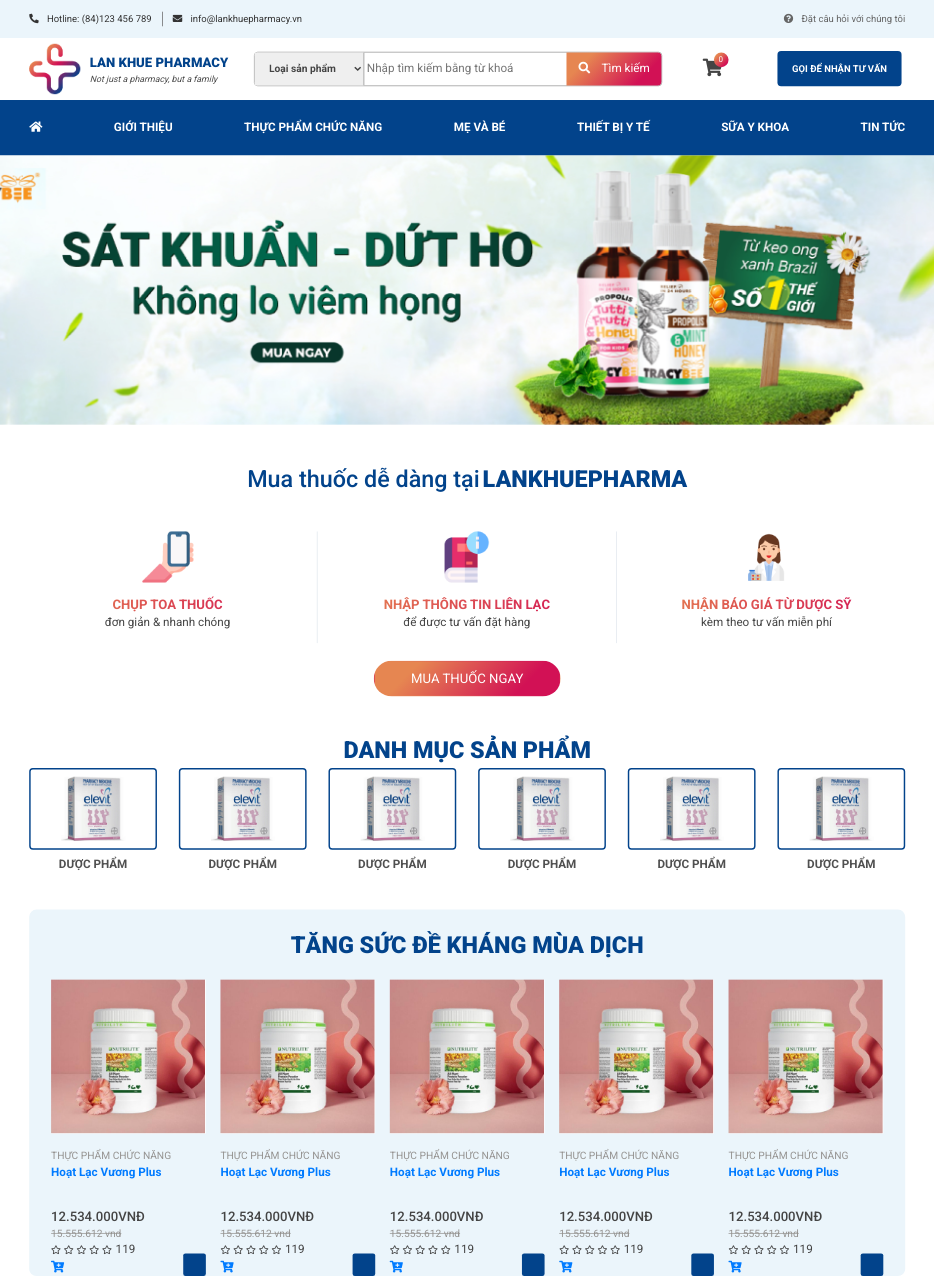
Repository: haianh12082001/Lan-khue
Page: index.html
An editor plug-in stored every save of this project. The page is shown before and after the next save, followed by the edit.
The browser window is 1280 px wide. The pictures show the whole page, at 73% of full size.
Some web libraries are served in a nearby version. The style sheet was rebuilt from its Sass, Less or Tailwind sources for each picture, by a compiler version that may differ from the author's.

Above is the page before, as saved 2021-12-18 15:56:29.

### index.html
<!DOCTYPE html>
<html lang="en">
    <head>
        <meta charset="UTF-8" />
        <meta http-equiv="X-UA-Compatible" content="IE=edge" />
        <meta name="viewport" content="width=device-width, initial-scale=1.0" />
        <title>Document</title>
        <link href="https://fonts.googleapis.com/css2?family=Roboto:wght@400;500;700;900&display=swap" rel="stylesheet" />
        <link rel="stylesheet" href="./assets/fonts/fontawesome-free-5.15.3/css/all.min.css" />
        <link
            rel="stylesheet"
            href="https://cdn.jsdelivr.net/npm/bootstrap@4.6.0/dist/css/bootstrap.min.css"
            integrity="sha384-B0vP5xmATw1+K9KRQjQERJvTumQW0nPEzvF6L/Z6nronJ3oUOFUFpCjEUQouq2+l"
            crossorigin="anonymous"
        />
        <link rel="stylesheet" type="text/css" href="https://cdn.jsdelivr.net/npm/slick-carousel@1.8.1/slick/slick.css" />
        <link rel="stylesheet" href="./assets/css/app.css" />
    </head>
    <body>
        <div class="top-header">
            <div class="container">
                <div class="py-3 d-flex justify-content-between align-items-center">
                    <div class="info d-flex">
                        <div class="top-header-hotline">
                            <i class="fas fa-phone-alt"></i>
                            Hotline: (84)123 456 789
                        </div>
                        <div class="top-header-email">
                            <i class="fas fa-envelope"></i>
                            info@lankhuepharmacy.vn
                        </div>
                    </div>
                    <div class="question">
                        <a href="">
                            <i class="fas fa-question-circle"></i>
                            Đặt câu hỏi với chúng tôi
                        </a>
                    </div>
                </div>
            </div>
        </div>
        <header class="header">
            <div class="header-searchbar py-2">
                <div class="container">
                    <div class="row align-items-center">
                        <div class="col-lg-3 col-3">
                            <div class="header-logo">
                                <a href="" class="d-flex flex-shrink-0">
                                    <img src="./assets/img/logo.png" alt="" />
                                    <div class="body">
                                        <div class="name">LAN KHUE PHARMACY</div>
                                        <div class="slogan">Not just a pharmacy, but a family</div>
                                    </div>
                                </a>
                            </div>
                        </div>
                        <div class="col-lg-6 col-3">
                            <div class="input-group">
                                <form action="" class="header-search">
                                    <select name="CatId" id="catalog">
                                        <option value="">Loại sản phẩm</option>
                                        <option value="">Danh mục thuốc</option>
                                        <option value="">Thực Phẩm Chức Năng</option>
                                        <option value="">Mẹ Và Bé</option>
                                        <option value="">Thiết Bị Y Tế</option>
                                        <option value="">Sữa y khoa</option>
                                        <option value="">Các sản phẩm khác</option>
                                    </select>
                                    <input type="text" placeholder="Nhập tìm kiếm bằng từ khoá" />

                                    <button type="submit">
                                        <i class="fas fa-search"></i>
                                        Tìm kiếm
                                    </button>
                                </form>
                            </div>
                        </div>
                        <div class="col-lg-1 col-3 d-flex align-items-center">
                            <div class="header-cart position-relative">
                                <i class="fas fa-shopping-cart"></i>
                                <span id="itemshop">0</span>
                            </div>
                        </div>
                        <div class="col-lg-2 col-3 d-none d-lg-block">
                            <a href="" class="header-btn"> Gọi để nhận tư vấn </a>
                        </div>
                    </div>
                </div>
            </div>
            <div class="header-menu">
                <div class="container">
                    <ul class="menu-list">
                        <li class="menu-item">
                            <a href=""><i class="fas fa-home"></i></a>
                        </li>
                        <li class="menu-item">
                            <a href="">Giới thiệu</a>
                        </li>
                        <li class="menu-item">
                            <a href="">Thực phẩm chức năng</a>
                        </li>
                        <li class="menu-item">
                            <a href="">Mẹ và bé</a>
                        </li>
                        <li class="menu-item">
                            <a href="">Thiết bị y tế</a>
                        </li>
                        <li class="menu-item">
                            <a href="">Sữa y khoa</a>
                        </li>
                        <li class="menu-item">
                            <a href="">Tin tức</a>
                        </li>
                    </ul>
                </div>
            </div>
        </header>
        <section class="banner">
            <img src="./assets/img/banner.jpg" alt="" />
        </section>
        <!-- Mua thuốc dễ dàng tại lankhuepharma -->
        <section class="section-buy-medicine">
            <div class="container">
                <div class="text-center">
                    <span class="title-sub">Mua thuốc dễ dàng tại</span>
                    <span class="section-title">lankhuepharma</span>
                </div>
                <div class="row pt-lg-5">
                    <div class="col-lg-4 item">
                        <div class="text-center">
                            <img src="./assets/img/buy-medicine/selfie 1.png" alt="" />
                            <div class="body p-3">
                                <div class="name">Chụp toa thuốc</div>
                                <div class="des">đơn giản & nhanh chóng</div>
                            </div>
                        </div>
                    </div>
                    <div class="col-lg-4 item">
                        <div class="text-center">
                            <img src="./assets/img/buy-medicine/Group 375.png" alt="" />
                            <div class="body p-3">
                                <div class="name">nhập thông tin liên lạc</div>
                                <div class="des">để được tư vấn đặt hàng</div>
                            </div>
                        </div>
                    </div>
                    <div class="col-lg-4 item">
                        <div class="text-center">
                            <img src="./assets/img/buy-medicine/pharmacist 1.png" alt="" />
                            <div class="body p-3">
                                <div class="name">nhận báo giá từ dược sỹ</div>
                                <div class="des">kèm theo tư vấn miễn phí</div>
                            </div>
                        </div>
                    </div>
                </div>
                <div class="text-center pt-lg-4">
                    <a href="" class="btn">Mua thuốc ngay</a>
                </div>
            </div>
        </section>
        <!-- Danh mục sản phẩm -->
        <section class="product-category">
            <div class="container">
                <div class="section-title text-center">danh mục sản phẩm</div>
                <div class="list">
                    <div class="item">
                        <div class="product-category-img">
                            <a href=""><img src="./assets/img/product-category/elevit-196915 1.jpg" alt="" /></a>
                        </div>
                        <a href="" class="name">Dược phẩm</a>
                    </div>
                    <div class="item">
                        <div class="product-category-img">
                            <a href=""><img src="./assets/img/product-category/elevit-196915 1.jpg" alt="" /></a>
                        </div>
                        <a href="" class="name">Dược phẩm</a>
                    </div>
                    <div class="item">
                        <div class="product-category-img">
                            <a href=""><img src="./assets/img/product-category/elevit-196915 1.jpg" alt="" /></a>
                        </div>
                        <a href="" class="name">Dược phẩm</a>
                    </div>
                    <div class="item">
                        <div class="product-category-img">
                            <a href=""><img src="./assets/img/product-category/elevit-196915 1.jpg" alt="" /></a>
                        </div>
                        <a href="" class="name">Dược phẩm</a>
                    </div>
                    <div class="item">
                        <div class="product-category-img">
                            <a href=""><img src="./assets/img/product-category/elevit-196915 1.jpg" alt="" /></a>
                        </div>
                        <a href="" class="name">Dược phẩm</a>
                    </div>
                    <div class="item">
                        <div class="product-category-img">
                            <a href=""><img src="./assets/img/product-category/elevit-196915 1.jpg" alt="" /></a>
                        </div>
                        <a href="" class="name">Dược phẩm</a>
                    </div>
                </div>
            </div>
        </section>
        <!-- Tăng sức đề kháng mùa dịch -->
        <div class="container">
            <div class="bg-light-blue">
                <div class="section-title text-center py-4">Tăng sức đề kháng mùa dịch</div>
                <div class="row row-cols-lg-5 gutters-10">
                    <div class="col-lg col-6">
                        <div class="product-item">
                            <div class="product-img">
                                <a href="">
                                    <img src="./assets/img/product/Rectangle 305.jpg" alt="" />
                                </a>
                            </div>
                            <div class="product-info">
                                <div class="category">thực phẩm chức năng</div>
                                <div class="name"><a href="">Hoạt Lạc Vương Plus</a></div>
                                <div class="price">
                                    <div class="new-price">12.534.000VNĐ</div>
                                    <div class="old-price">15.555.612 vnd</div>
                                </div>
                                <div class="out-stock">
                                    hết hàng
                                    <a href="">Liên hệ</a>
                                </div>
                                <div class="evaluate-product">
                                    <div class="icon">
                                        <i class="far fa-star"></i>
                                        <i class="far fa-star"></i>
                                        <i class="far fa-star"></i>
                                        <i class="far fa-star"></i>
                                        <i class="far fa-star"></i>
                                    </div>
                                    <div class="number">119</div>
                                </div>
                                <div class="add-cart"></div>
                                <a href="">
                                    <i class="fas fa-cart-plus"></i>
                                </a>
                            </div>
                        </div>
                    </div>
                </div>
            </div>
        </div>
        <script type="text/javascript" src="https://code.jquery.com/jquery-1.11.0.min.js"></script>
        <script type="text/javascript" src="https://code.jquery.com/jquery-migrate-1.2.1.min.js"></script>
        <script
            src="https://cdnjs.cloudflare.com/ajax/libs/bootstrap/4.6.0/js/bootstrap.min.js"
            integrity="sha512-XKa9Hemdy1Ui3KSGgJdgMyYlUg1gM+QhL6cnlyTe2qzMCYm4nAZ1PsVerQzTTXzonUR+dmswHqgJPuwCq1MaAg=="
            crossorigin="anonymous"
            referrerpolicy="no-referrer"
        ></script>
        <script type="text/javascript" src="https://cdn.jsdelivr.net/npm/slick-carousel@1.8.1/slick/slick.min.js"></script>
        <script src="./assets/js/main.js"></script>
        <script src="./assets/js/clone.js"></script>
    </body>
</html>

### assets/js/main.js
$(document).ready(function () {
    $('.product-category .list').slick({
        slidesToShow: 6,
        slidesToScroll: 1,
        infinite: true,
        arrows: false,
        speed: 2000,
        autoplaySpeed: 3000,

    });
})

### assets/js/clone.js
$(function () {
    ///Product
    var productList1 = $('.bg-light-blue .gutters-10');
    var productItem1 = $('.bg-light-blue .col-lg');
    for (i = 0; i < 4; i++) {
        productItem1.clone().appendTo(productList1);
    }

})

### assets/sass/app.scss
@import "variables";
@import "mixin";
@import "reset";
@import "global";
@import "header";
@import "body";

### assets/sass/_variables.scss
$black: #444444;
$grey: #656565;
$blue: #02438b;
$white: #ffffff;
$soft-grey: #959391;
$background-gradient: linear-gradient(134.52deg, #e68651 21.07%, #d21155 79.08%);

### assets/sass/_mixin.scss
@mixin maxWidth($q) {
    @media screen and (max-width: $q) {
        @content;
    }
}
@mixin minWidth($q) {
    @media screen and (min-width: $q) {
        @content;
    }
}

@mixin text-gradient {
    color: transparent;
    background-clip: text;
    -webkit-background-clip: text;
    background-image: linear-gradient(to right, #e68651, #d21155);
}
@mixin text-truncate($q) {
    display: -webkit-box;
    -webkit-line-clamp: $q;
    -webkit-box-orient: vertical;
    overflow: hidden;
    text-overflow: ellipsis;
    word-break: break-word;
}

### assets/sass/_reset.scss
html {
    box-sizing: border-box;
    scroll-behavior: smooth;
}
* {
    margin: 0;
    padding: 0;
}
*,
*:before,
*:after {
    box-sizing: border-box;
}
input,
textarea,
select,
button {
    outline: none;
}
input {
    line-height: normal;
    outline: none;
    box-shadow: none;
}
input:focus {
    outline: 0;
    border: none;
    box-shadow: none;
}
ul,
li {
    margin: 0;
    padding: 0;
    list-style: none;
}
label,
button {
    cursor: pointer;
}
a {
    text-decoration: none;

    &:hover {
        text-decoration: none;
    }
}
img {
    max-width: 100%;
    object-fit: cover;
}
.gutters-5 > [class*="col-"] {
    padding-right: 5px;
    padding-left: 5px;
}

### assets/sass/_global.scss
.container {
    max-width: 1230px;
    margin: 0 auto;
    padding: 0 15px;
}
body {
    margin: 0;
    padding: 0;
    width: 100%;
    font-size: 16px;
    color: $black;
    font-family: "Roboto", sans-serif;
    @include maxWidth(768px) {
        font-size: 14px;
    }
}
.section-title {
    font-size: 32px;
    text-transform: uppercase;
    color: $blue;
    font-weight: 900;
}
.gutters-10 {
    margin-left: -10px;
    margin-right: -10px;
}
.gutters-10 [class^="col-"] {
    padding-left: 10px;
    padding-right: 10px;
}

### assets/sass/_header.scss
.top-header {
    background: #ebf5fb;
    font-size: 13px;
    color: $grey;
    .info {
        color: #333333;
    }
    .question a {
        color: $grey;
    }
    i {
        margin-right: 8px;
    }
}
.top-header-hotline {
    padding-right: 14px;
    border-right: 1px solid $grey;
}
.top-header-email {
    padding-left: 14px;
}
.header-logo {
    flex: 1;
    img {
        width: 70px;
        height: 69px;
        object-fit: contain;
    }
    .body {
        margin-left: 13px;
        display: flex;
        flex-direction: column;
        justify-content: center;
    }
    .name {
        font-weight: 900;
        color: $blue;
        font-size: 18px;
    }
    .slogan {
        font-size: 12px;
        color: #4a4a4a;
        font-style: italic;
    }
}
.header-search {
    background: #ffffff;
    border: 1px solid #949494;
    box-sizing: border-box;
    border-radius: 5px;
    #catalog {
        border: none;
        padding: 0 16px;
        height: 100%;
        width: 150px;
        font-size: 14px;
        color: #444444;
        font-weight: bold;
        border-right: 0.25px solid #949494;
        // width: 30%;
    }
    input {
        border: none;
        width: 270px;
        // max-width: 300px;
    }
    button {
        background: $background-gradient;
        border: none;
        height: 45px;
        padding: 0 16px;
        border-radius: 0px 5px 5px 0px;
        color: $white;
        i {
            margin-right: 12px;
        }
    }
}
.header-cart {
    i {
        font-size: 24px;
    }
    span {
        width: 20px;
        height: 20px;
        display: flex;
        align-items: center;
        justify-content: center;
        position: absolute;
        background: $background-gradient;
        border-radius: 100rem;
        top: -8px;
        right: -8px;
        font-size: 11px;
        color: $white;
    }
}
.header-btn {
    padding: 14px 20px;
    background: $blue;
    display: inline-block;
    border-radius: 5px;
    color: $white;
    font-weight: 700;
    text-transform: uppercase;
    font-size: 13px;
    &:hover {
        color: $white;
    }
}
.header-menu {
    background: $blue;
}
.menu-list {
    display: flex;
    justify-content: space-between;
    text-transform: uppercase;
    padding: 26px 0;
    font-weight: 700;
    a {
        color: $white;
    }
}

### assets/sass/_body.scss
.banner img {
    height: 369px;
    width: 100%;
    object-fit: cover;
}
.section-buy-medicine {
    padding: 50px 0;
    .title-sub {
        color: $blue;
        font-size: 32px;
        font-weight: 500;
    }
    .item {
        border-right: 1px solid #e1e7ed;
        &:last-child {
            border: none;
        }
    }
    .name {
        text-transform: uppercase;
        font-size: 18px;
        font-weight: bold;
        @include text-gradient;
    }
    img {
        max-height: 70px;
    }
    .btn {
        background: $background-gradient;
        text-transform: uppercase;
        color: $white;
        font-size: 18px;
        padding: 10px 50px;
        border-radius: 50px;
    }
}
.product-category {
    padding-bottom: 50px;
    .item {
        padding: 0 15px;
    }
    &-img {
        border: 2px solid $blue;
        border-radius: 5px;
        display: flex;
        justify-content: center;
        height: 112px;
        img {
            height: 100%;
            padding: 10px 0;
        }
    }
    .name {
        margin-top: 8px;
        text-align: center;
        text-transform: uppercase;
        color: #505050;
        display: block;
        font-weight: 700;
        @include text-truncate(2);
        &:hover {
            color: $blue;
        }
    }
    .slick-list {
        margin: 0 -15px;
    }
}
.bg-light-blue {
    background: #ebf5fb;
    border-radius: 10px;
    padding: 0 30px;
}
.product-img {
    img {
        width: 100%;
        height: 211px;
    }
}
.product-info {
    padding-top: 20px;
    position: relative;
    .category {
        text-transform: uppercase;
        color: $soft-grey;
        font-size: 14px;
    }
    .name {
        font-weight: 700;
        margin-bottom: 13px;
        height: 45px;
        @include text-truncate(2);
    }
    .new-price {
        font-weight: 500;
        font-size: 18px;
    }
    .old-price {
        font-size: 14px;
        text-decoration: line-through;
        color: $soft-grey;
    }
    .out-stock {
        display: none;
    }
    .add-cart {
        position: absolute;
        bottom: 0;
        right: 0;
        width: 31px;
        height: 31px;
        display: flex;
        text-align: center;
        justify-content: center;
        align-items: center;
        background: $blue;
        border-radius: 3px;
        a {
            color: $white;
        }
    }
}

.evaluate-product {
    display: flex;
    i {
        font-size: 12px;
    }
    .number {
        margin-left: 5px;
    }
}

Loaded but not shown: assets/fonts/fontawesome-free-5.15.3/css/all.min.css (library)

After the next save:
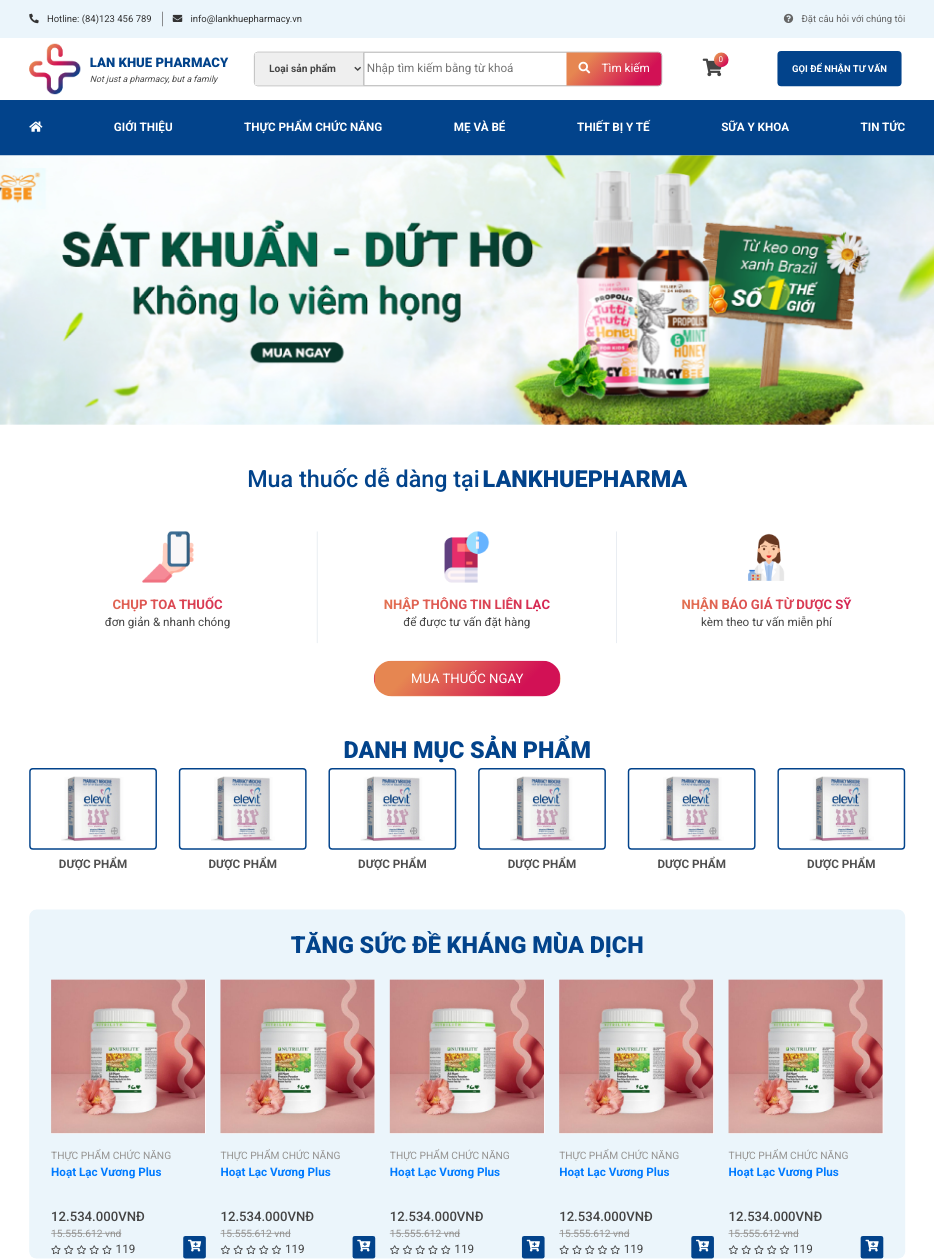
Saved 4 s later.
--- a/index.html
+++ b/index.html
@@ -236,10 +236,11 @@
                                     </div>
                                     <div class="number">119</div>
                                 </div>
-                                <div class="add-cart"></div>
-                                <a href="">
-                                    <i class="fas fa-cart-plus"></i>
-                                </a>
+                                <div class="add-cart">
+                                    <a href="">
+                                        <i class="fas fa-cart-plus"></i>
+                                    </a>
+                                </div>
                             </div>
                         </div>
                     </div>
